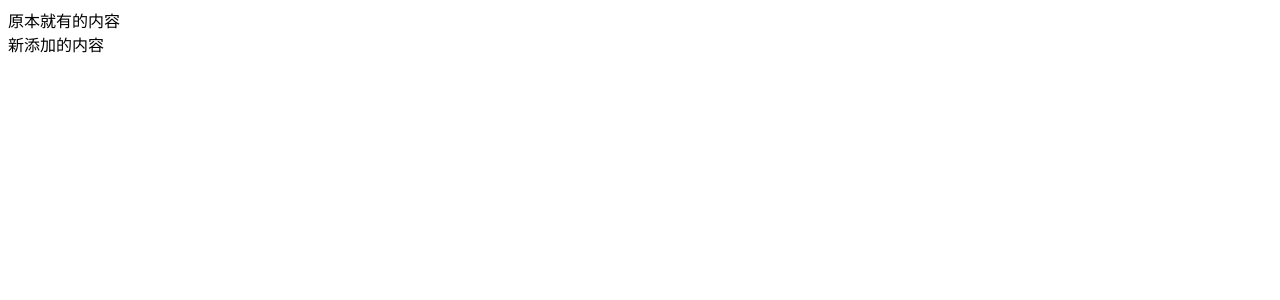
Repository: Lixianlai-2/Just-Coding
Page: index.html
The author's editor kept a copy of each file at every save. The page is drawn from the files as they stood at one save, then again after the next save.
The browser window is 1280 px wide. The pictures show the whole page.

Above is the page before, as saved 2022-01-04 18:36:20.

### index.html
<!DOCTYPE html>
<html lang="en">
  <head>
    <meta charset="UTF-8" />
    <meta http-equiv="X-UA-Compatible" content="IE=edge" />
    <meta name="viewport" content="width=device-width, initial-scale=1.0" />
    <script defer src="/main.js"></script>
    <title>Document</title>
  </head>
  <body>
    <div id="test">原本就有的内容</div>
  </body>
</html>

### main.js
let div1 = document.createElement("div");
document.createElement("style");
document.createElement("script");
document.createElement("li");

let text1 = document.createTextNode("新添加的内容");

div1.appendChild(text1);
// div1.innerText = "你好";
// div1.textContent = "你好";

document.body.appendChild(div1);

After the next save:
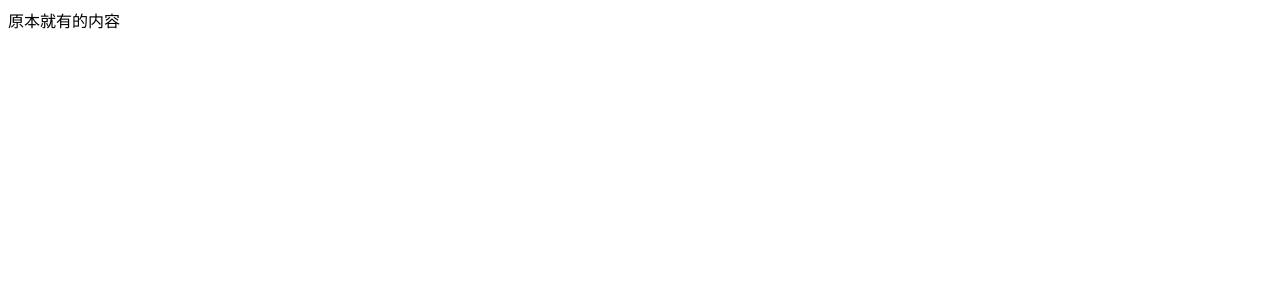
Console error (its wording comes from the project's code and is left out).
Saved 78 s later.
--- a/main.js
+++ b/main.js
@@ -9,4 +9,5 @@
 // div1.innerText = "你好";
 // div1.textContent = "你好";
 
-document.body.appendChild(div1);
+// document.body.appendChild(div1);
+text1.appendChild(div1);

After the save that followed:
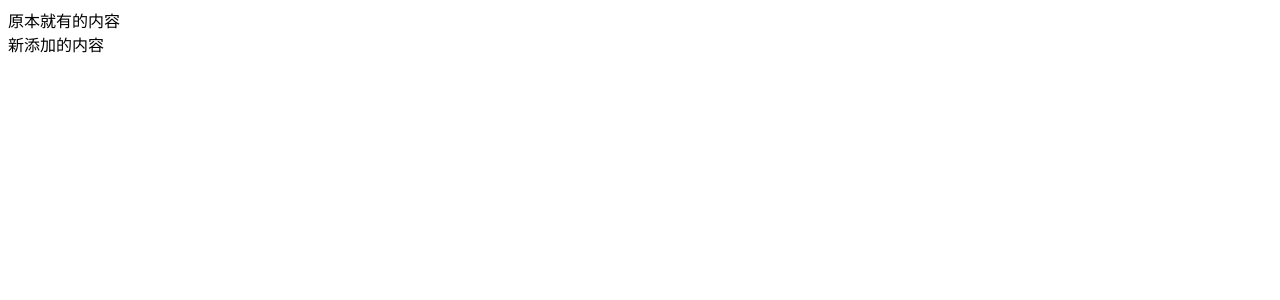
The error is gone.
Saved 104 s later.
--- a/main.js
+++ b/main.js
@@ -10,4 +10,4 @@
 // div1.textContent = "你好";
 
 // document.body.appendChild(div1);
-text1.appendChild(div1);
+test.appendChild(div1);
